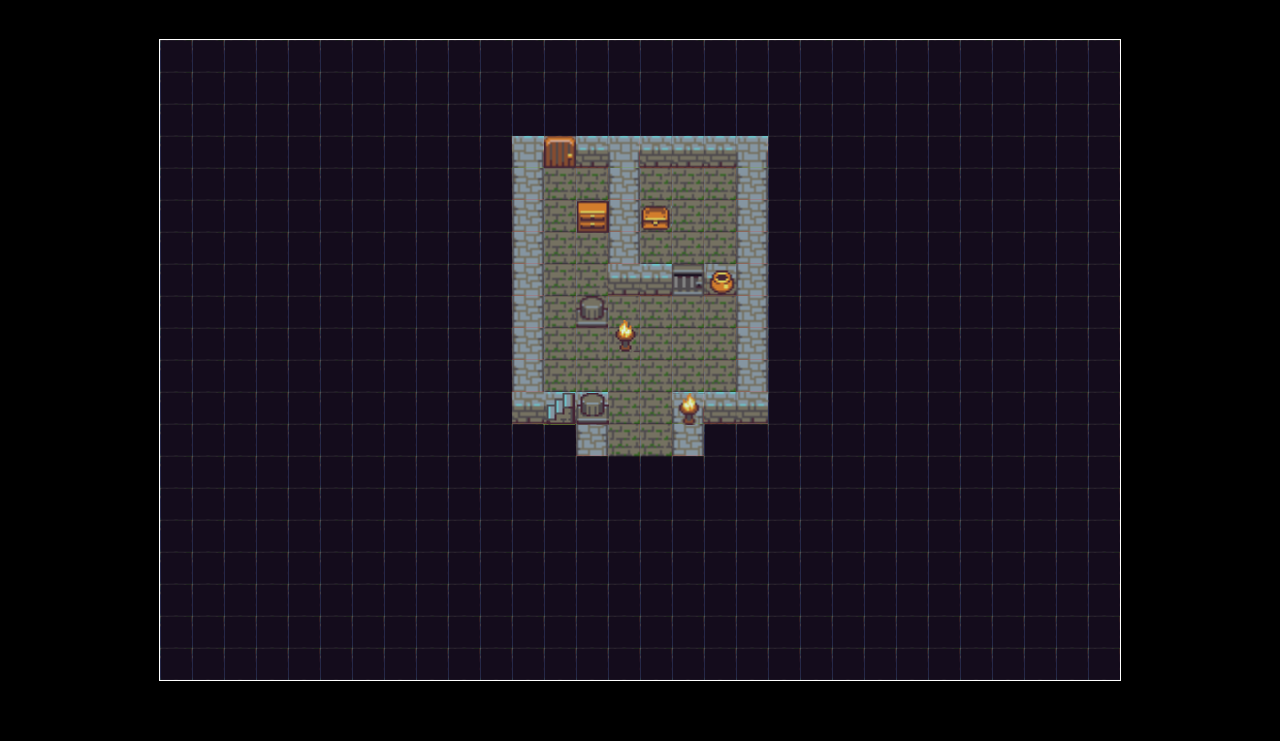
Repository: Arifindepayjr1/RPG_GAMES
Page: / (app in pixel2d_game/)
The author's editor kept a copy of each file at every save. The page is drawn from the files as they stood at one save, then again after the next save.
The browser window is 1280 px wide. The pictures show the whole page.
The project was rebuilt for these pictures with package versions that can differ from the ones it lists, and the page was loaded fresh each time. Also part of the build but not shown: pixel2d_game/vite.config.js.

Above is the page before, as saved 2025-03-19 00:26:43.

After the next save:
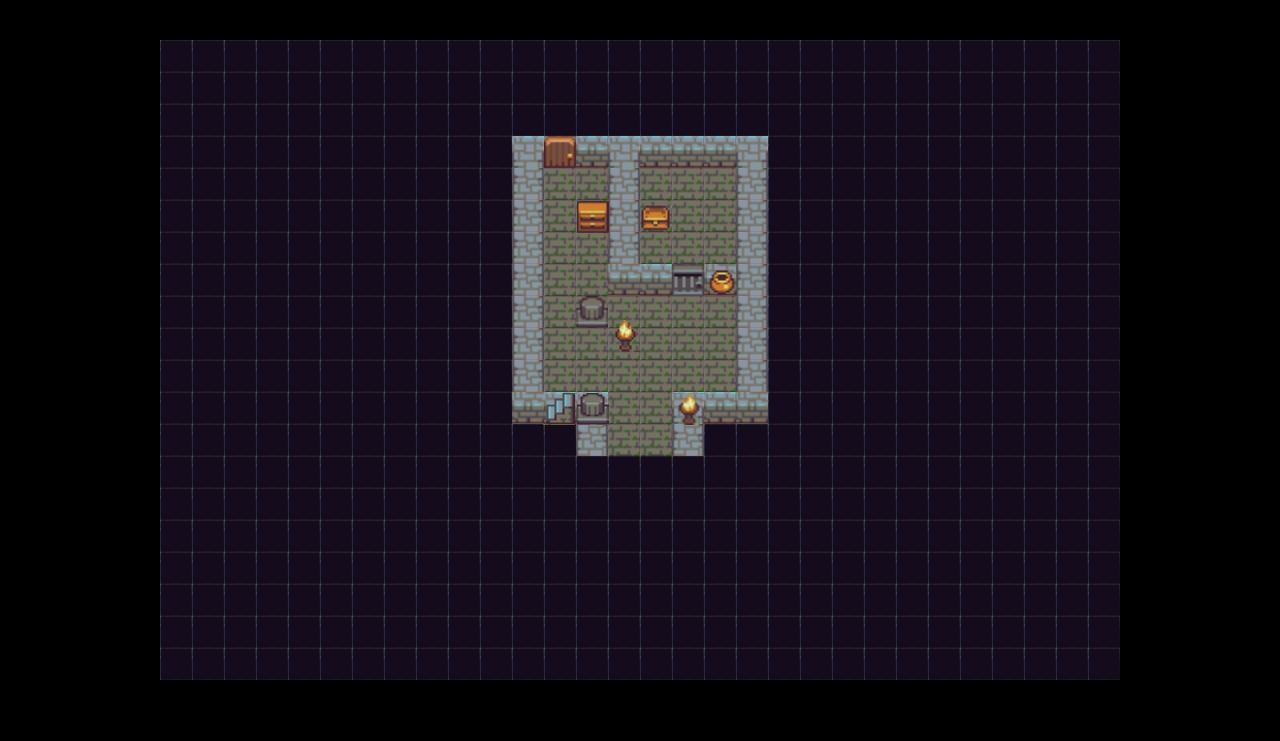
Saved 19 s later.
--- a/pixel2d_game/src/component/tilemap3.jsx
+++ b/pixel2d_game/src/component/tilemap3.jsx
@@ -127,7 +127,7 @@
           top: "50%",
           left: "50%",
           transform: "translate(-50%, -50%)",
-          border: "1px solid white",
+          border: "1px solid b",
           background: "gray", // Fallback background
         }}
       />

After the save that followed:
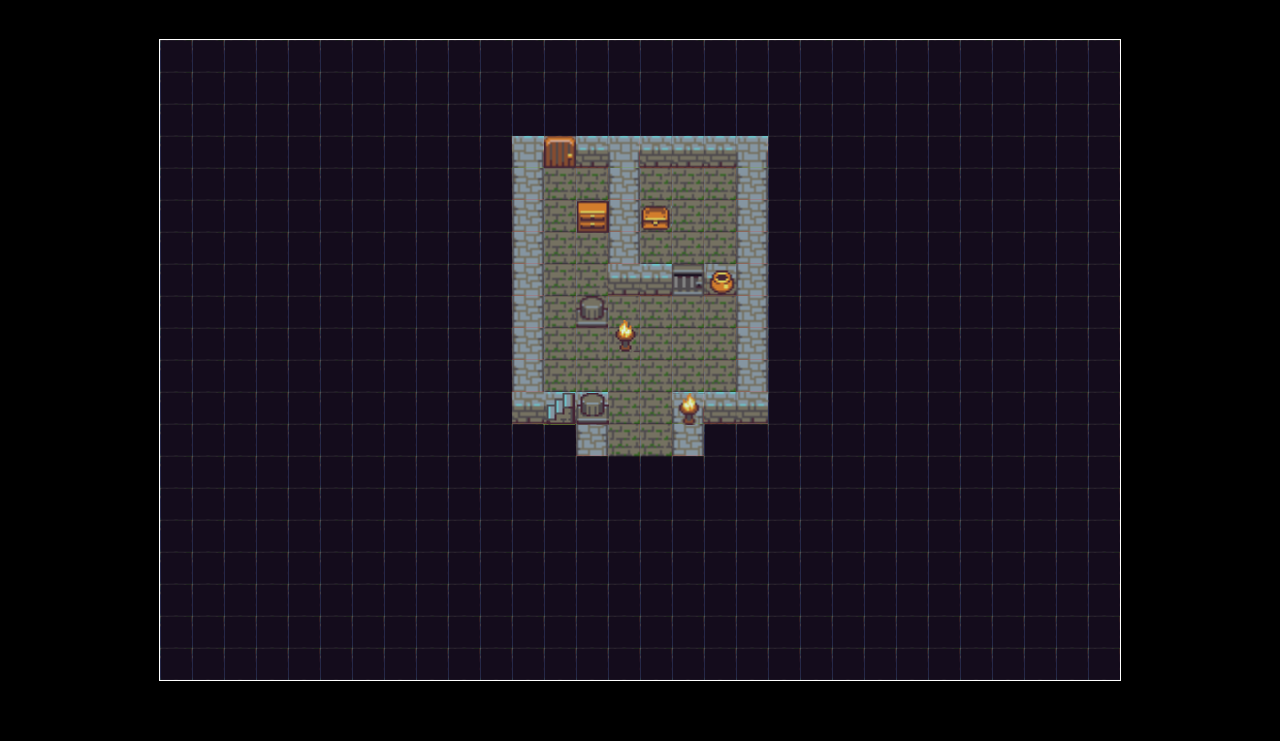
Saved 4 s later.
--- a/pixel2d_game/src/component/tilemap3.jsx
+++ b/pixel2d_game/src/component/tilemap3.jsx
@@ -127,7 +127,7 @@
           top: "50%",
           left: "50%",
           transform: "translate(-50%, -50%)",
-          border: "1px solid b",
+          border: "1px solid white",
           background: "gray", // Fallback background
         }}
       />
